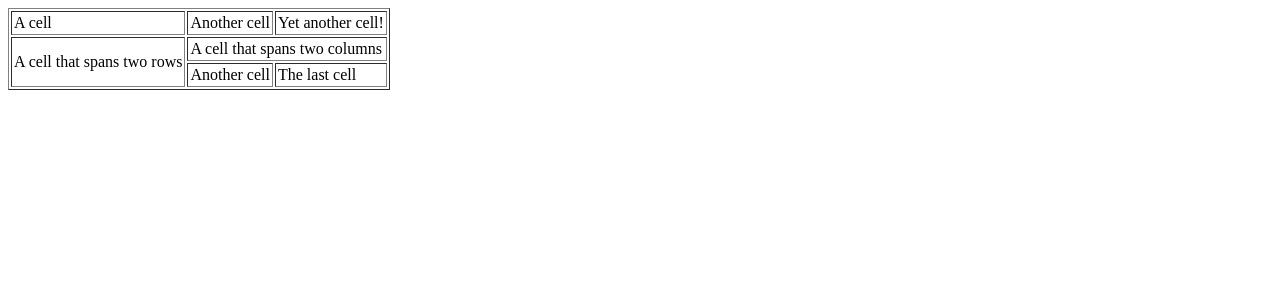
Repository: wakoya-tech/Node.js
Page: Desktop/Node-js/okey.html
These files come from the project's save history. The page is drawn as it stood at one moment and after the next save; the edit follows.
The browser window is 1280 px wide. The pictures show the whole page.

Above is the page before, as saved 2025-11-13 11:35:38.

After the next save:
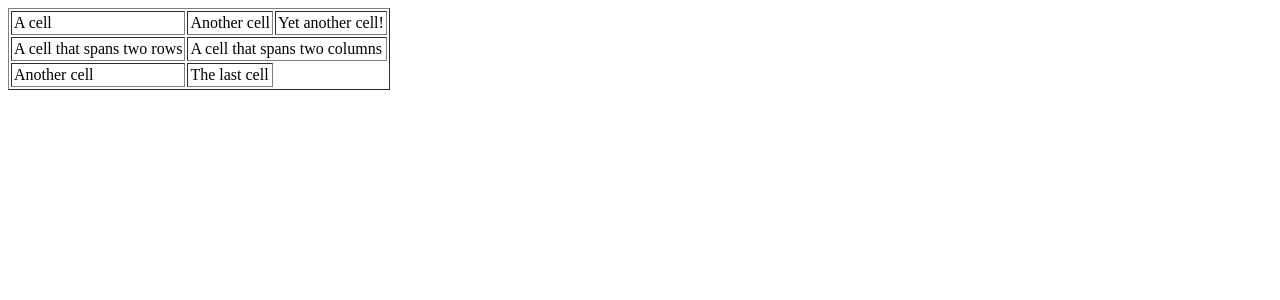
Saved 11 s later.
--- a/Desktop/Node-js/okey.html
+++ b/Desktop/Node-js/okey.html
@@ -13,7 +13,7 @@
         <td>Yet another cell!</td>
         </tr>
         <tr>
-        <td rowspan="2">A cell that spans two rows</td>
+        <td rowspan="1">A cell that spans two rows</td>
         <td colspan="2">A cell that spans two columns</td>
         </tr>
         <tr>
